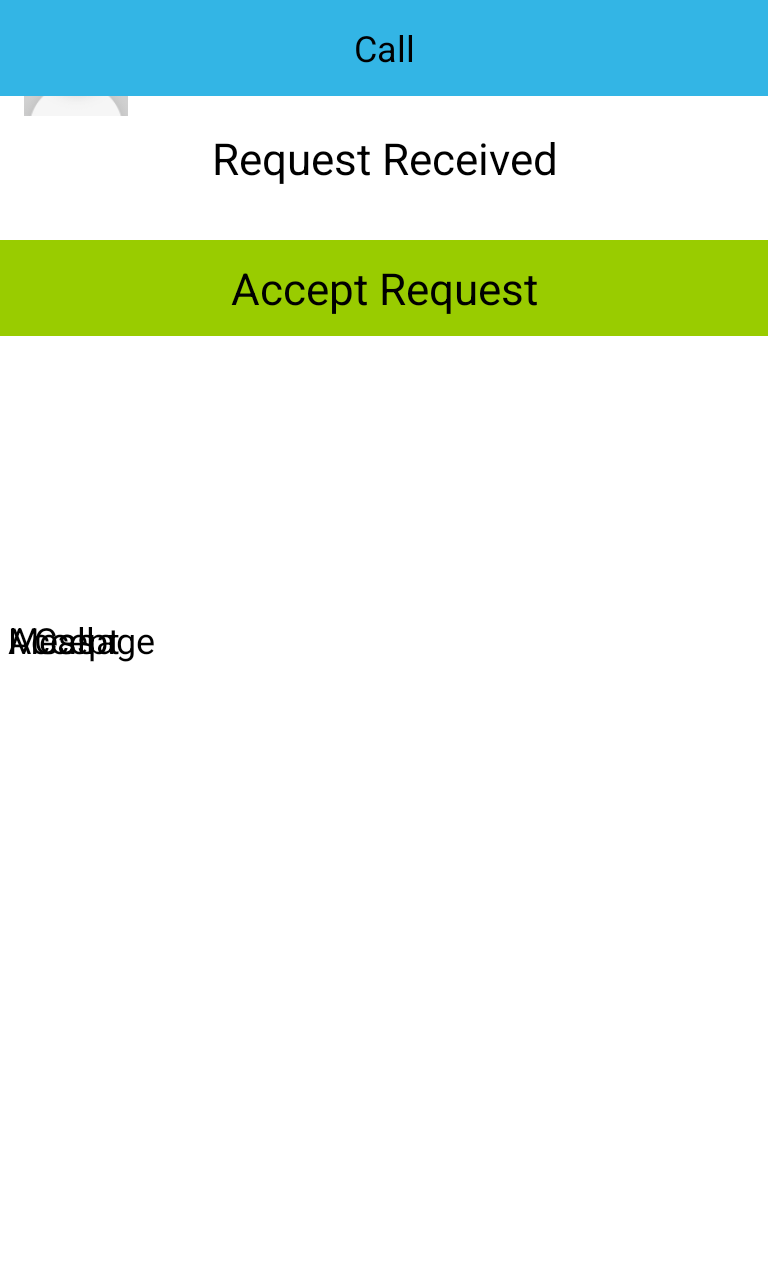
Repository: srivast6/SafeWalk
Layout: android/SafeWalk/res/layout/tryout.xml
These files come from the project's save history. The layout is drawn as it stood at one moment and after the next save; the edit follows.
It is drawn on a 768 x 1280 px phone screen (xhdpi) without system bars, with theme android:Theme.Holo.Light; the app's code is not run.

Above is the layout before, as saved 2013-11-20 16:20:44.

### android/SafeWalk/res/layout/tryout.xml
<?xml version="1.0" encoding="utf-8"?>
<RelativeLayout xmlns:android="http://schemas.android.com/apk/res/android"
    android:layout_width="match_parent"
    android:layout_height="match_parent" >

    <RelativeLayout
        android:id="@+id/rltveLayout1"
        android:layout_width="fill_parent"
        android:layout_height="?android:attr/listPreferredItemHeight"
        android:padding="6dip" >

        <ImageView
            android:id="@+id/icon"
            android:layout_width="wrap_content"
            android:layout_height="fill_parent"
            android:layout_alignParentLeft="true"
            android:src="@drawable/ic_contact_picture" />
    </RelativeLayout>

    <RelativeLayout
        android:id="@+id/rltveLayout2"
        android:layout_width="match_parent"
        android:layout_height="wrap_content"
        android:layout_alignParentLeft="true"
        android:layout_alignParentRight="true"
        android:layout_below="@id/rltveLayout1"
        android:orientation="vertical" >

        <TextView
            android:id="@+id/tV_RqstResvd"
            android:layout_width="match_parent"
            android:layout_height="wrap_content"
            android:layout_alignParentTop="true"
            android:gravity="center"
            android:text="Request Received"
            android:textAppearance="?android:attr/textAppearanceLarge" />

        <Button
            android:id="@+id/AcceptButton"
            android:layout_width="match_parent"
            android:layout_height="wrap_content"
            android:layout_alignTop="@id/tV_RqstResvd"
            android:layout_below="@id/tV_RqstResvd"
            android:layout_marginTop="56dp"
            android:background="@android:color/holo_green_light"
            android:gravity="center"
            android:text="Accept Request"
            android:textSize="22dp" />
    </RelativeLayout>

    <RelativeLayout
        android:id="@+id/rltveLayout3"
        style="?android:attr/buttonBarStyle"
        android:layout_width="wrap_content"
        android:layout_height="wrap_content"
        android:layout_alignParentBottom="true"
        android:layout_alignTop="@+id/linearLayout3"
        android:orientation="horizontal" >

        <Button
            android:id="@+id/callButton"
            android:layout_width="156dp"
            android:layout_height="wrap_content"
            android:layout_alignParentLeft="true"
            android:layout_alignParentRight="true"
            android:layout_marginBottom="22dp"
            android:layout_weight="0"
            android:background="@android:color/holo_blue_light"
            android:orientation="horizontal"
            android:text="Call" />

        <Button
            android:id="@+id/btn_callSafewalk"
            style="?android:attr/buttonBarButtonStyle"
            android:layout_width="wrap_content"
            android:layout_height="fill_parent"
            android:layout_weight="0.35"
            android:text="Accept" />

        <Button
            android:id="@+id/btn_callPolice2"
            style="?android:attr/buttonBarButtonStyle"
            android:layout_width="wrap_content"
            android:layout_height="fill_parent"
            android:layout_weight="0.33"
            android:text="Call" />

        <Button
            android:id="@+id/btn_callPolice"
            style="?android:attr/buttonBarButtonStyle"
            android:layout_width="wrap_content"
            android:layout_height="fill_parent"
            android:layout_weight="0.33"
            android:text="Message" />
    </RelativeLayout>

</RelativeLayout>

After the next save:
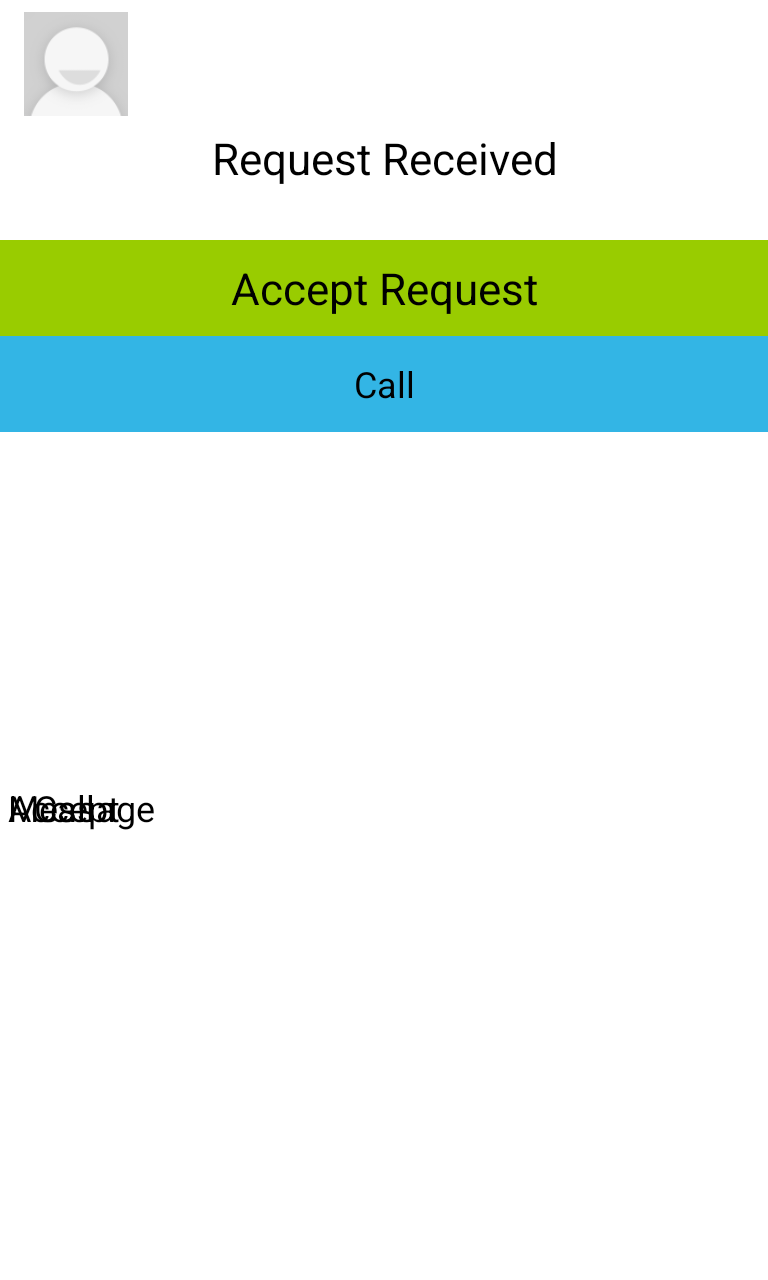
Saved 57 s later.
--- a/android/SafeWalk/res/layout/tryout.xml
+++ b/android/SafeWalk/res/layout/tryout.xml
@@ -55,6 +55,7 @@
         android:layout_height="wrap_content"
         android:layout_alignParentBottom="true"
         android:layout_alignTop="@+id/linearLayout3"
+        android:layout_below="@id/rltveLayout2"
         android:orientation="horizontal" >
 
         <Button
